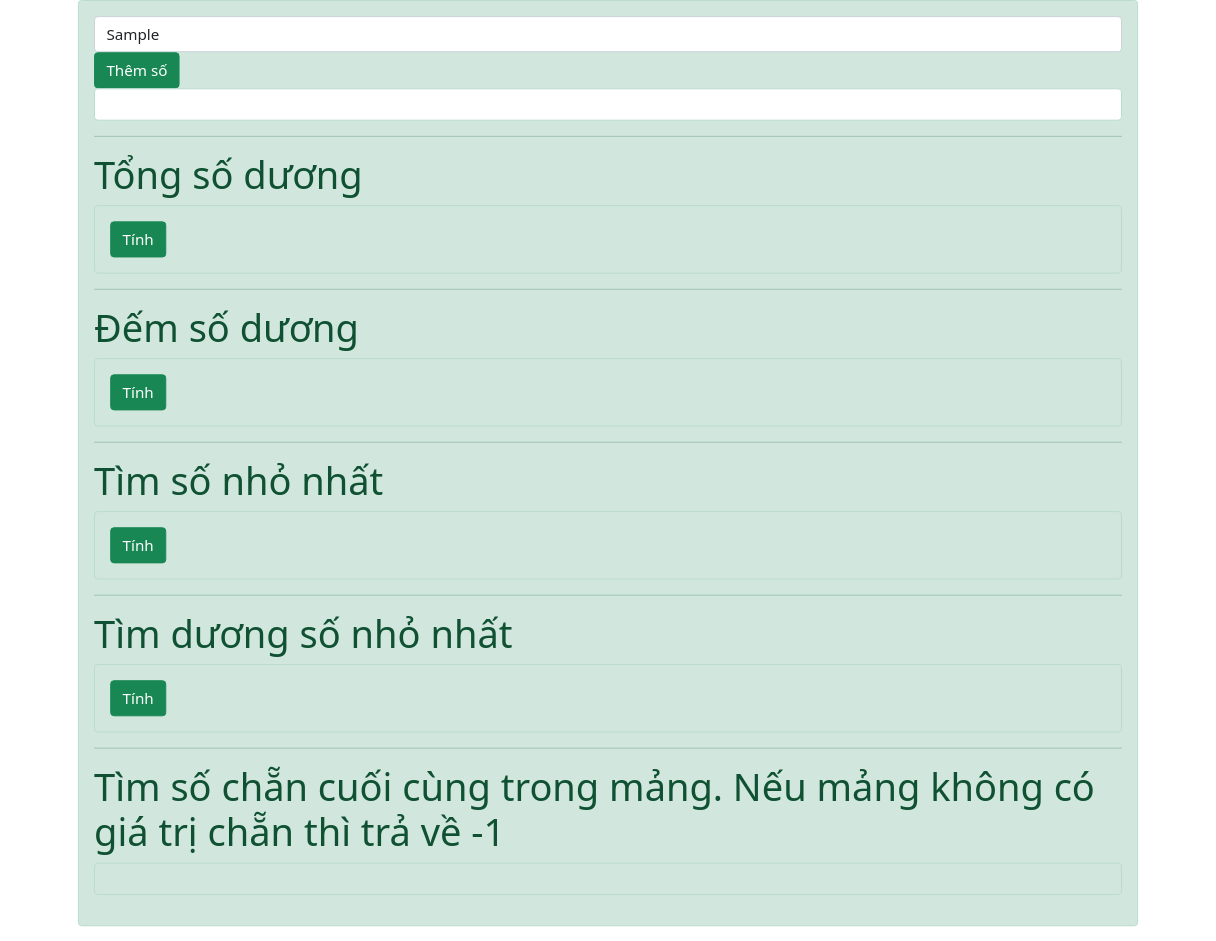
Repository: qkhanh1104k/Js-buoi7-8
Page: index.html
An editor plug-in stored every save of this project. The page is shown before and after the next save, followed by the edit.
The browser window is 1280 px wide. The pictures show the whole page, at 95% of full size.
Empty fields were first filled with sample values (such as "Sample", 5 or name@example.com).
After loading, the first visible `#resBt6 > button` was clicked once.

Above is the page before, as saved 2022-07-26 21:17:21.

After the next save:
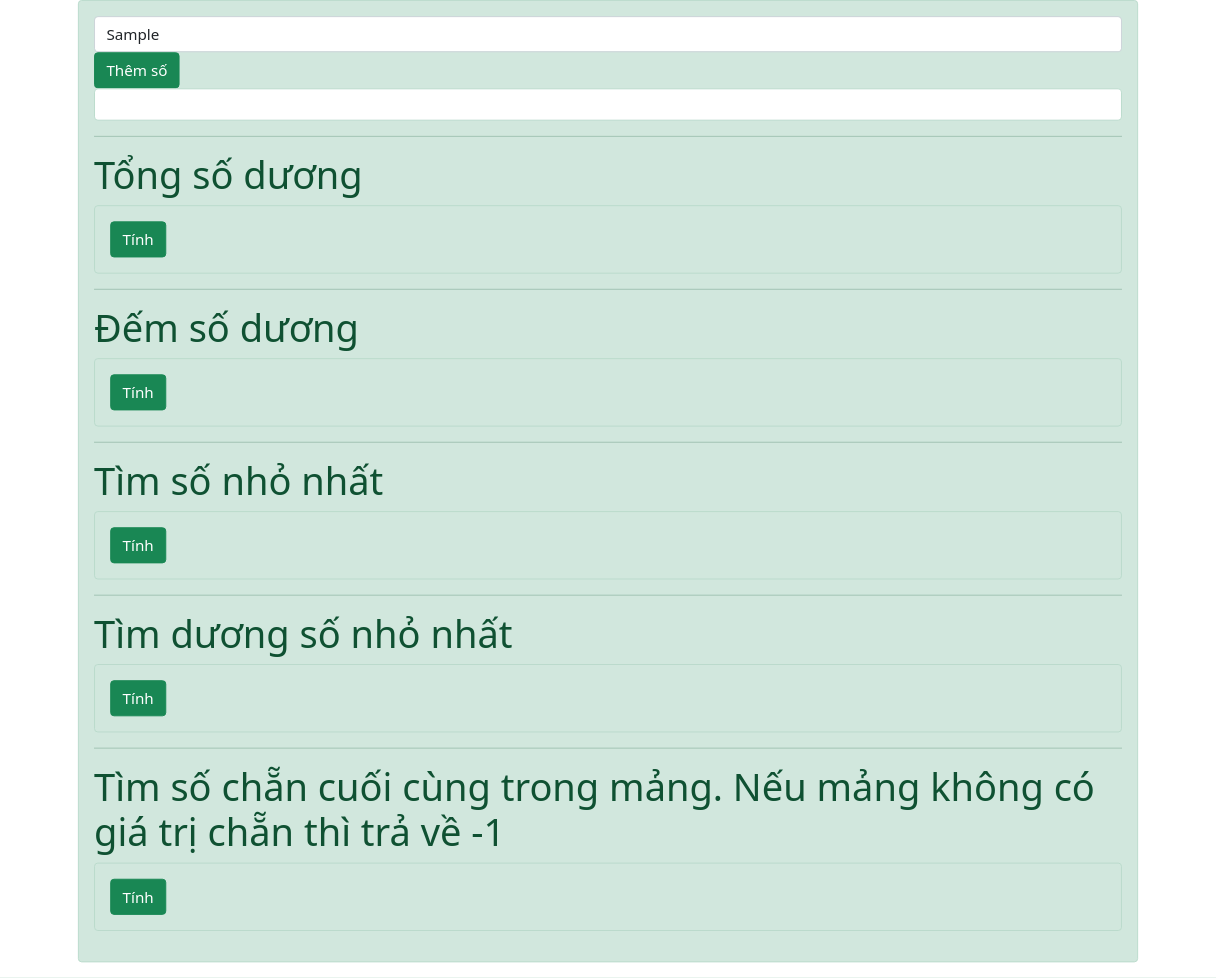
Saved 22 s later.
--- a/index.js
+++ b/index.js
@@ -53,7 +53,8 @@
             num1 = txtNum[i];
             return ;
         }
-        return num1 = -1;
+
     }
+    return num1 = -1;
     document.getElementById("resBt6").innerHTML = num1;
 }

After the save that followed:
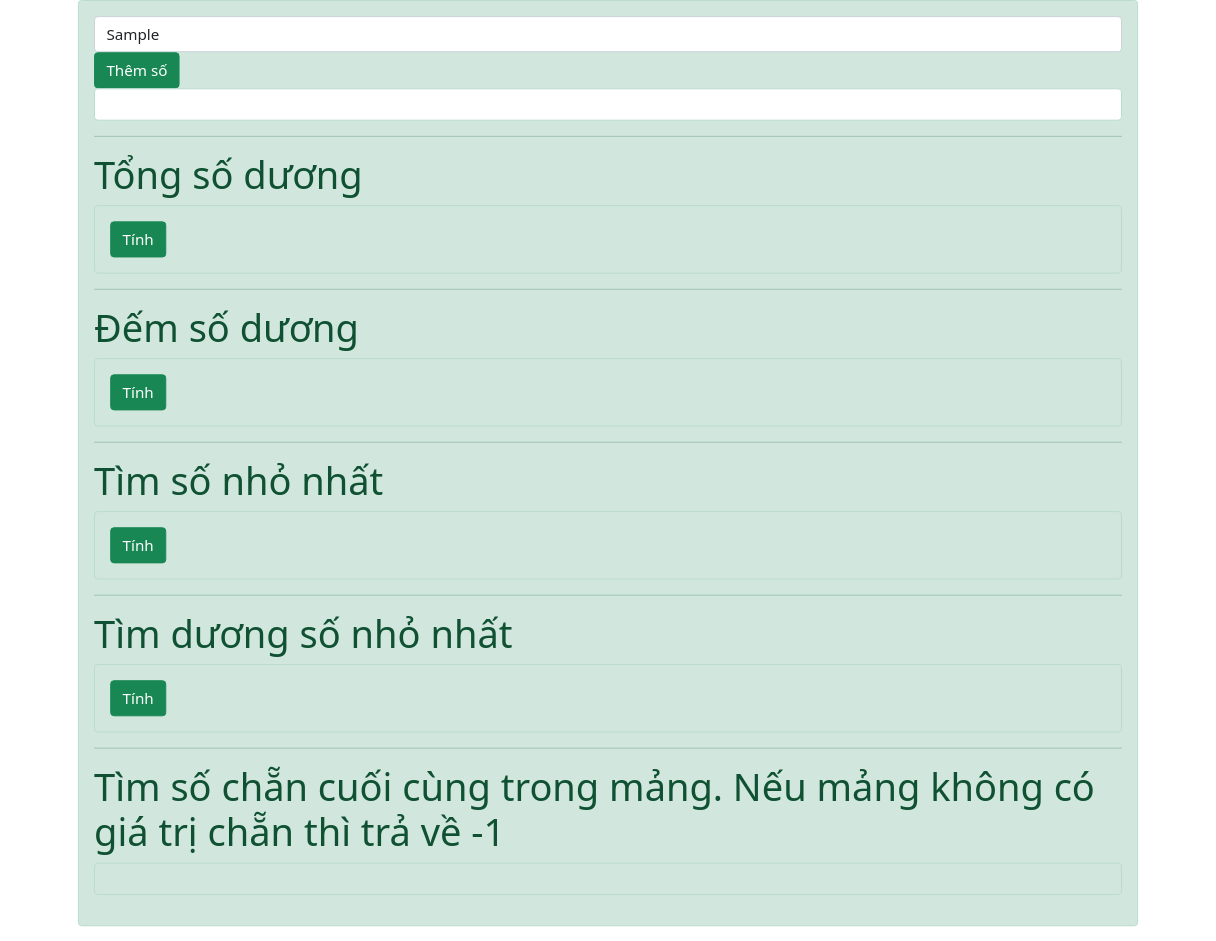
Saved 62 s later.
--- a/index.js
+++ b/index.js
@@ -53,8 +53,8 @@
             num1 = txtNum[i];
             return ;
         }
+        return num1 = -1;
+    }
 
-    }
-    return num1 = -1;
     document.getElementById("resBt6").innerHTML = num1;
 }
